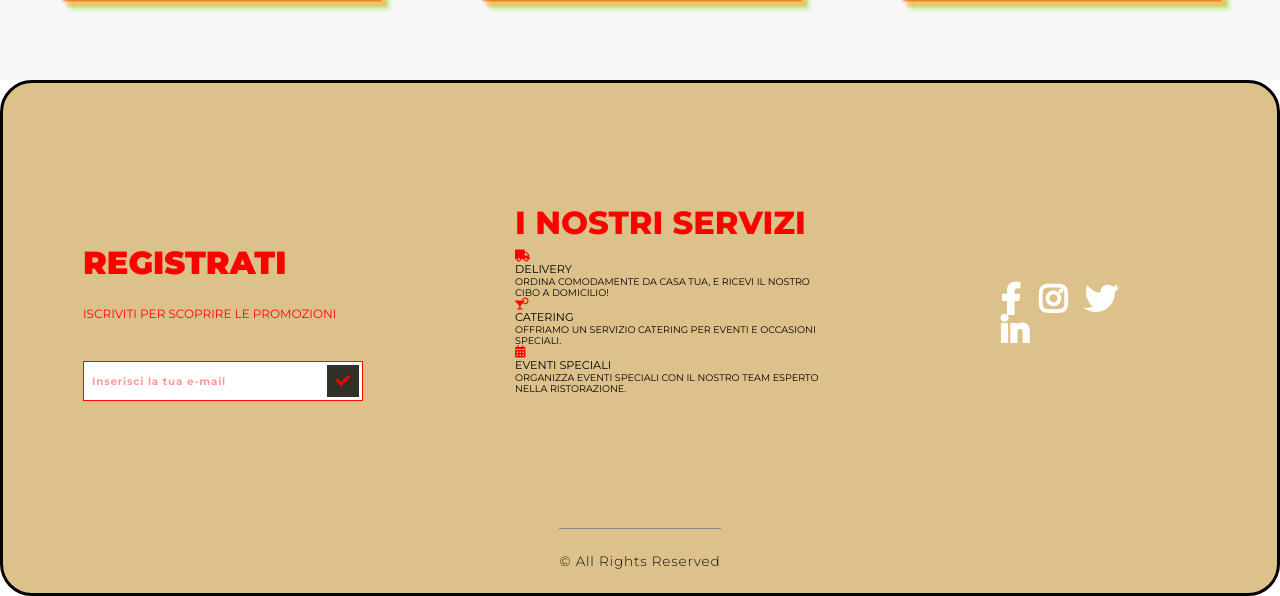
Repository: Probyte5D/ResponsiveFoodWebsite
Page: index.html
An editor plug-in stored every save of this project. The page is shown before and after a run of saves, followed by the edit.
The browser window is 1280 px wide. The pictures show the part of the page from y = 2305 to 2901 px (the page is 2901 px tall).
Backgrounds fixed to the window are drawn as part of the page. Some web fonts or font styles are not loaded; a fallback is used.

Above is the page before, as saved 2025-04-06 19:55:02.

### index.html
<!DOCTYPE html>
<html lang="en">
<head>
  <meta charset="UTF-8">
  <meta name="viewport" content="width=device-width, initial-scale=1.0">
  <title>Food Website</title>
  <link rel="stylesheet" href="style.css">
  <link rel="stylesheet" href="https://cdnjs.cloudflare.com/ajax/libs/font-awesome/5.15.4/css/all.min.css">
</head>
<body>

  <div class="navbar">

    <a href="#" class="navbar-link">
      <i class="fas fa-home"></i>
      <span>Home</span>
    </a>
    <a href="#" class="navbar-link">
      <i class="fas fa-info-circle"></i>
      <span>Chi Siamo</span>
    </a>
    <a href="#" class="navbar-link">
      <i class="fas fa-cogs"></i>
      <span>Servizi</span>
    </a>
    <a href="#" class="navbar-link">
      <i class="fas fa-envelope"></i>
      <span>Contatti</span>
    </a>
  </div>

  <div class="container">
    <!--section 1-->
    <div class="section-1">
      <h1 class="section-heading">
        Food Lab 5D
      </h1>
      <div class="section-1-Icons">
        <i class="fas fa-cheese change"></i>
        <i class="fas fa-egg"></i>
        <i class="fas fa-pizza-slice"></i>
        <i class="fas fa-fish"></i>
        <i class="fas fa-bacon"></i>
        <i class="fas fa-drumstick-bite"></i>
        <i class="fas fa-apple-alt"></i>
        <i class="fas fa-hamburger"></i>
        <i class="fas fa-ice-cream"></i>


      </div>
    </div>
    <!--end of section1-->
  </div>

<!--section 2-->
<div class="section-2">
  <h1 class="section-heading">Must Have</h1>
  <div class="cards-container">
    <!-- Card 1: Pizza -->
    <div class="card">
      <img src="Images/card-img-1.png" class="card-img" alt="Pizza ad alta lievitazione">
      <h3 class="card-name">Pizza ad alta lievitazione</h3>
      <p class="card-description">Pizza soffice e fragrante, con lievitazione naturale.</p>
      <span class="card-price">€12.00</span>
      <button class="card-btn">Prenota</button>
    </div>
    <!-- Card 2: Carne -->
    <div class="card">
      <img src="Images/card-img-2.png" class="card-img" alt="Carne di prima qualità">
      <h3 class="card-name">Carne di prima qualità</h3>
      <p class="card-description">Carne selezionata, cucinata alla perfezione.</p>
      <span class="card-price">€20.00</span>
      <button class="card-btn">Prenota</button>
    </div>
    <!-- Card 3: Dessert -->
    <div class="card">
      <img src="Images/card-img-3.png" class="card-img" alt="Dessert">
      <h3 class="card-name">Dessert</h3>
      <p class="card-description">Dolci freschi preparati con ingredienti di alta qualità.</p>
      <span class="card-price">€6.00</span>
      <button class="card-btn">Prenota</button>
    </div>
  </div>
</div>
<!--end of section 2-->


<!--sect 3-->
<div class="section-3">
  <h1 class="section-heading">Gallery</h1>
  <div class="gallery">
    <a href="#" class="gallery-link" title="Order Now">
      <img src="Images/gallery-img-1.jpg" class="food-img">
      <h3 class="food-name">Pasta</h3>
      <p class="food-description">Tagliatelle fresche condite con un sugo di carne bianco, simile alla genovese, ricco e profumato, ideale per chi ama i sapori tradizionali.</p>
    </a>
    <a href="#" class="gallery-link" title="Order Now">
      <img src="Images/gallery-img-2.jpg" class="food-img">
      <h3 class="food-name">Pesce</h3>
      <p class="food-description">Filetto di salmone servito con salsa bianca cremosa, accompagnato da broccoli al vapore per un equilibrio perfetto tra gusto e leggerezza.</p>
    </a>
    <a href="#" class="gallery-link" title="Order Now">
      <img src="Images/gallery-img-3.jpg" class="food-img">
      <h3 class="food-name">Aperitivi</h3>
      <p class="food-description">Un fresco spritz al limone servito con olive, taralli e sfiziosi stuzzichini per un perfetto inizio serata in stile italiano.</p>
    </a>
    <a href="#" class="gallery-link" title="Order Now">
      <img src="Images/gallery-img-4.jpg" class="food-img">
      <h3 class="food-name">Pizza</h3>
      <p class="food-description">Pizza cotta nel forno a legna con mozzarella di bufala, basilico fresco e pomodoro, una classica margherita fatta a regola d’arte.</p>
    </a>
    <a href="#" class="gallery-link" title="Order Now">
      <img src="Images/gallery-img-5.jpg" class="food-img">
      <h3 class="food-name">Colazione</h3>
      <p class="food-description">Colazione completa con pancake, frutta fresca, uova strapazzate, waffle dorati e un cappuccino cremoso per iniziare al meglio la giornata.</p>
    </a>
    <a href="#" class="gallery-link" title="Order Now">
      <img src="Images/gallery-img-6.jpg" class="food-img">
      <h3 class="food-name">Carne</h3>
      <p class="food-description">Tagliata di manzo servita con patate novelle al forno, un piatto rustico e saporito che esalta la qualità della carne.</p>
    </a>
  </div>
</div>


     <!--end ofsection3-->



<!-- sect 4 -->


<div class="section-4">
  <div class="section-4-text">
    <h2 class="section-4-heading">Registrati</h2>
    <p class="section-4-paragraph">Iscriviti per scoprire le promozioni</p>
    <form action="" class="signup-form">
      <input type="email" class="signup-form-input" placeholder="Inserisci la tua e-mail">
      <button type="submit" class="signup-form-btn">
        <i class="fas fa-check"></i>
      </button>
    </form>
  </div>


  <!-- Sezione Servizi -->
  <div class="services">
    <h1 class="section-4-services">I nostri servizi</h1>
    <div class="services-container">
      <div class="service">
        <i class="fas fa-truck"></i>
        <h3>Delivery</h3>
        <p>Ordina comodamente da casa tua, e ricevi il nostro cibo a domicilio!</p>
      </div>
      <div class="service">
        <i class="fas fa-cocktail"></i>
        <h3>Catering</h3>
        <p>Offriamo un servizio catering per eventi e occasioni speciali.</p>
      </div>
      <div class="service">
        <i class="fas fa-calendar-alt"></i>
        <h3>Eventi Speciali</h3>
        <p>Organizza eventi speciali con il nostro team esperto nella ristorazione.</p>
      </div>
    </div>
  </div>

  <p class="copyright">&copy; All Rights Reserved</p>

  <div class="footer-socials">
    <a href="#" class="social-icon"><i class="fab fa-facebook-f"></i></a>
    <a href="#" class="social-icon"><i class="fab fa-instagram"></i></a>
    <a href="#" class="social-icon"><i class="fab fa-twitter"></i></a>
    <a href="#" class="social-icon"><i class="fab fa-linkedin-in"></i></a>
  </div>


</div>


<!-- end of sect 4 -->

<script src="script.js"></script>
</body>
</html>

### style.css
@import url('https://fonts.googleapis.com/css2?family=Comfortaa:wght@300..700&family=Montserrat:ital,wght@0,100..900;1,100..900&family=Roboto+Serif:ital,opsz,wght@0,8..144,100..900;1,8..144,100..900&display=swap');

@import url('https://fonts.googleapis.com/css2?family=Montserrat:ital,wght@0,100..900;1,100..900&display=swap');

/*common styles*/
*{
  margin: 0;
  padding: 0;
  box-sizing: border-box;
  text-decoration: none;
  outline: none;
  font-family: "Montserrat", "Comfortaa";
  font-weight: 400;
}

html{
  font-size: 62.5%;
}
/*end of common styles*/

/*section1*/

.section-1{

  width:100%;
  height: 100vh;
  background-color: #333;
  display: flex;
  flex-direction: column;
  align-items: center;
  justify-content: space-evenly;
  background-image:
  linear-gradient(rgba(0, 0, 0, 0.5), rgba(0, 0, 0, 0.575)), /* Fading effect */
  url('Images/restaurant-background-2.jpg'); /* L'immagine di sfondo */
background-size: cover; /* L'immagine coprirà tutta la sezione */
background-position: center; /* Centra l'immagine */
background-attachment: fixed; /* Fissa lo sfondo mentre si scorre */
  height: 100vh;  /* Imposta l'altezza della sezione per coprire tutta la finestra */
  color: white;  /* Colore del testo per garantire il contrasto con l'immagine */
  padding: 2rem;  /* Padding per evitare che il contenuto tocchi il bordo */
  border: 10px solid white;  /* Aggiungi il bordo bianco */
  box-sizing: border-box;  /* Include il bordo nel calcolo della larghezza/altezza */
  border-radius: 10px;  /* Opzionale: aggiungi angoli arrotondati */

}

.section-heading{
  font-size: 12rem;
  font-weight: 900;
  color: white;
  text-align: center;
  text-transform: capitalize;
  letter-spacing: 0.5rem;
  text-shadow: 0.3rem 0.3rem 0.3rem #000;
}

.section-1-Icons i
{
  font-size: 35rem;
  color:#9e6f09c5;
  position: absolute;
  transform: translate(-50%, -50%) scale(0); /*nascosta*/
  text-shadow: 0.2rem 0.2rem 0.2rem #000;
  transition: transform 0.3s;
}

.section-1-Icons i.change
{
  transform: translate(-50%, -50%) scale(1);/*visibile*/
  transition: transform 0.3s 0.3s;
}
/*end of sect1*/


/*sect2*/

.section-2 {
  width: 100%;
  height: 100vw;
  background-color: #222;
  background-image:
  linear-gradient(rgba(0, 0, 0, 0.5), rgba(0, 0, 0, 0.575)), /* Fading effect */
  url('Images/restaurant-background.jpg'); /* L'immagine di sfondo */
background-size: cover; /* L'immagine coprirà tutta la sezione */
background-position: center; /* Centra l'immagine */
background-attachment: fixed; /* Fissa lo sfondo mentre si scorre */
  display: flex;
  flex-direction: column;
  justify-content: space-between;
  padding: 10rem 0;
}

.cards-container{
  display: flex;
  justify-content: space-evenly;
}

.card{
  position: relative;
  width: 30rem;
  background-color:rgba(255, 223, 0, 0.7); /* Dorato più soft */
  padding: 4rem;
  display: flex;
  flex-direction: column;
  justify-content: space-between;
  align-items: center;
  box-shadow: 1rem 1rem 1rem #000;
  transform: rotateY(20deg) skewX(-2deg);
  transition: transform 0.5s, box-shadow 0.5s;
}

.card:hover{

  transform: rotateY(20deg) skewX(-2deg) translateY(-3rem);
  box-shadow: 2rem 2rem 2rem #000;
  background-color: rgba(255, 215, 0, 0.85); /* Dorato più pieno durante l'hover */
}

.card::before {
  content: "";
  height: 100%;
  width: 1rem;
  background-color: rgb(139, 139, 98);
  position: absolute;
  top: 0;
  left: -1rem;
  transform: skewY(45deg);
  transform-origin: right;
  box-shadow: -.1rem -.1rem -.1rem #000;
}

.card::after {
  content: "";
  height: 1rem;
  width: 100%;
  background-color: rgba(255, 223, 0, 0.7); /* Dorato più soft */
  position: absolute;
  top: -1rem;
  left: 0;
  transform: skewX(45deg);
  transform-origin: bottom;
  box-shadow: -.1rem -.1rem -.1rem #000;



}

.card-img {
  width: 100%;               /* L'immagine occuperà tutta la larghezza disponibile */
  height: 200px;             /* Impostiamo un'altezza fissa per tutte le immagini */
  object-fit: contain;       /* L'immagine verrà ridimensionata senza distorsioni */
  object-position: center;   /* Centra l'immagine nel contenitore */
}
/*end of sect2*/

.card-name{
  font-size: 3rem;
  font-weight: bolder;
  text-transform: uppercase;
  letter-spacing: 0.5rem;
  color: #111; /* Colore del testo scuro per contrasto */
  margin:2rem 0;
  text-shadow: 0.15rem 0.154rem 0.15rem #000;
  font-display: center;

}

.card-btn{
width:70%;
background-color: #000;
color: antiquewhite;
border-radius: 5rem;
font-size: 1.5rem;
font-weight: 800;
letter-spacing: 0.2rem;
text-transform: capitalize;
border: none;
padding: 0.5rem 0;
cursor: pointer;
box-shadow: -.2rem -.2rem  -.2rem #000 ;
}


.card-description{
  font-size: 2rem;
  color: #313127;
  font-weight: bolder;
  margin:2rem 2rem;
  letter-spacing: 0.2rem;
  padding-top: 0.5rem;
  text-shadow: 0.15rem 0.154rem 0.15rem #999986;
  margin-top: 0.5rem ;
  padding-bottom: 0.5rem;
}
.card-price{
  font-size: 2rem;
  color: #070706;
  position: bottom;
  margin-bottom: 0.5rem;
  padding-bottom: 0.2rem;
}


/*sect3*/
.section-3{

  background-color: #f7f7f7;
  padding: 5rem 0;

}

.gallery{
  display: flex;
  flex-wrap: wrap;
  align-items: center;
  justify-content: space-evenly;
  margin-top: 10rem;

}
.food-img {
  width: 24vw;
  height: 15vw;
  object-fit: cover;
  box-shadow:
    0.3rem 0.3rem 0.2rem rgba(255, 0, 0, 0.4),    /* Rosso morbido */
    0.6rem 0.6rem 0.3rem rgba(255, 204, 0, 0.3),  /* Giallo tenue */
    0.9rem 0.9rem 0.3rem rgba(255, 94, 8, 0.3),   /* Arancione tenue */
    1.2rem 1.2rem 0.4rem rgba(102, 243, 8, 0.3);  /* Verde chiaro */
  transition: all 0.5s;
}

/*end sect3*/

.gallery-link {
  margin: 4rem 1rem;
  position: relative;
}

.gallery-link::before {
  content: "";
  position: absolute;
  width: 0.2rem;
  height: 0;
  background-color: white;
  top: 2vw;
  left: 80%;
  transition: height 0.5s;
  z-index: 10;
}

.gallery-link::after {
  content: "";
  position: absolute;
  width: 0;
  height: 0.2rem;
  background-color: white;
  top: 30%;
  left: 2rem;
  transition: width 0.5s;
}

.gallery-link:hover::before {
  height: 80%;
}

.gallery-link:hover::after {
  width: 90%;
}

.food-name {
  position: absolute;
  top: 3rem;
  left: 3rem;
  font-size: 2rem;
  margin-top: 1rem;
  text-transform: uppercase;
  font-weight: 700;
  color: white;
  width: 0;
  overflow: hidden;
  transition: width 0.3s;
}

.food-description {
  position: absolute;
  bottom: 3vw;
  left: 2rem;
  margin-top: 0.5rem;
  font-size: 1rem;
  line-height: 1.4;
  width: 70%;
  font-weight: 700;
  text-transform: uppercase;
  color: white;
  visibility: hidden;
  opacity: 0;
  transition: opacity 0.3s;
}

.gallery-link:hover .food-name {
  width: 100%;
  transition: width 1.5s 0.5s;
}

.gallery-link:hover .food-description {
  opacity: 1;
  visibility: visible;
  transition: opacity 1s 1s;
}

.gallery-link:hover .food-img {
  box-shadow:
    1rem 1rem 0.2rem rgba(255, 0, 0, 0.5),    /* Rosso più sfumato */
    2rem 2rem 0.3rem rgba(255, 204, 0, 0.4),  /* Giallo più chiaro */
    3rem 3rem 0.4rem rgba(255, 94, 8, 0.4),   /* Arancione sfumato */
    4rem 4rem 0.5rem rgba(102, 243, 8, 0.4);  /* Verde più tenue */
  filter: blur(0.5rem);
  transform: scale(1.1);
}




/*sect4*/

.section-4{
  width: 100%;
  height: 55vh;
  background-color: #b47b0075;
  display: flex;
  justify-content: space-around;
  align-items: flex-start;
  padding: 3rem 0;
  position: relative;
  border: solid #000;
  border-radius: 4rem;


}

.copyright{
  position: absolute;
  bottom: 3rem;
  font-size: 1.7rem;
  font-weight: 200;
  color: #0e0d0d;
  font-weight: 300;
  letter-spacing: 0.1rem;
  border-top: solid #888 0.1rem;
  padding-top: 3rem;

}

.section-4-text{
  text-transform: uppercase;
}

.section-4-heading{
  font-size: 4rem;
  font-weight: 900;
  color: red;
  flex-direction: column;
  padding-bottom: 3rem;
  justify-content: center;  /* Centra gli elementi verticalmente */
  align-items: center;  /* Centra gli elementi orizzontalmente */
}


.section-4-services{
  font-size: 4rem;
  font-weight: 800;
  text-transform: uppercase;
  color: red;
  padding-bottom: 1rem;
}

.footer-socials i{

  font-size: 4rem;
  font-weight: 800;
  color: white;
justify-content: space-around;
padding-left: 2rem;
}

.footer-socials i:hover{

  color: red;
  transition: 0.5s;
}
.section-4-paragraph{
  font-size: 1.5rem;
  color: red;
}
.signup-form{
  display: flex;
  align-items: center;



}

.signup-form-input{
  width: 35rem;
  height: 5rem;
  padding: 1rem;
  border: 0.2rem solid rgb(255, 8, 0);
  font-size: 1.6rem;
  font-weight: 700;
  letter-spacing: 0.1rem;
  color: red;
  flex-direction: column;
  margin-top: 5rem;

}

.signup-form-input::placeholder{
  color:rgba(255, 0, 0, 0.4);
  font-size: 1.3rem;
}

.signup-form-btn{
  position: relative;
  left: -4.5rem;
  width: 4rem;
  height: 4rem;
  background-color: #313127;
  color: red;
  border: none;
  cursor: pointer;
  font-size: 1.8rem;
  margin-top: 5rem;
}

.service{
  font-size: 1.2rem;
  text-transform: uppercase;
  text-shadow: #000;
}

.service i{
  font-size: 1.5rem;
  color: red;
}
/*end of sect4*/


/*nav*/

/* NAVBAR HIDDEN STATE (inizialmente nascosta) */
.navbar {
  position: fixed;

  left: 0;
  width: 100%;
  height: 14rem;
  background-color: rgba(44, 42, 42, 0.9);
  backdrop-filter: blur(8px);
  z-index: 9999;  /* più alto di tutto */
  display: flex;
  align-items: center;
  justify-content: center;

    transition: top 0.3s ease;
    top: 0;

    opacity: 1;
    pointer-events: all;
    transition: top 0.2s ease-in-out, opacity 0.2s ease-in-out;
  box-shadow: 0.2rem 0.2rem 0.2rem #000;
  transition: top 0.5s ease-in-out;
}



.navbar.hidden {
  top: -120px;
  opacity: 0;
  pointer-events: none;
          /* Nasconde tutto completamente */
  transform: translateY(-100%); /* La navbar esce completamente verso l'alto */
  opacity: 0;                   /* La navbar diventa completamente invisibile */
  visibility: hidden;           /* Nasconde la navbar completamente */
  pointer-events: none;
}

/* NAVBAR VISIBLE STATE */
.navbar.active {
  top: 0;
}

.navbar .nav-content {
  transition: opacity 0.3s ease;
  opacity: 1;
}

.nav-content {
  opacity: 0;
}
/* NAV LINKS */
.navbar-link {
  color: #999986;
  margin: 1rem;
  font-weight: 900;
  font-size: 4rem;
  letter-spacing: 0.5rem;
  text-transform: uppercase;
  text-align: center;
  transition: color 0.3s;
}

.navbar-link:hover {
  color: #ffcc00;
}

/* OPTIONAL - SPAN PICCOLO SOTTO OGNI LINK */
.navbar-link span {
  display: block;
  font-size: 1.2rem;
  font-weight: 700;
  letter-spacing: 0.3rem;
  margin-top: 0.5rem;
  color: #ccc;
}




/*end of nav*/


@media (max-width:1400px) {
  html{
    font-size: 50%;
  }

  .section-2{
    height: auto;
    padding: 10rem 0 12rem 0;
  }
  .cards{
    margin-top: 10rem;
  }

  .gallery-link{
    width: 40rem;
    height: 25rem;
    margin: 5rem;
  }

  .food-img{
    width: 100%;
    height: 100%;
  }

  .section-4{
    height: auto;
    padding: 10rem 0 12rem 0;
  }
  .services{
    width: 40rem;
    height: 25rem;
    margin: 5rem;
  }
  .section-4-text{
    height: auto;
    padding: 10rem 10rem 12rem 10rem;
  }

  .footer-socials{
    height: auto;
    padding: 10rem 10rem 12rem 10rem;
    margin: 5rem;
  }
}

### script.js
const icons = document.querySelectorAll('.section-1-Icons i'); // Seleziona tutte le icone

let i = 1; // Variabile per tracciare l'indice dell'icona corrente

setInterval(() => {
  const icon = document.querySelector('.section-1-Icons i.change'); // Seleziona l'icona con la classe 'change'

  // Se l'icona esiste
  if (icon) {
    icon.classList.remove('change'); // Rimuove la classe 'change' dall'icona corrente

    // Se siamo oltre l'ultima icona, ripristina alla prima
    if (i >= icons.length) {
      icons[0].classList.add('change'); // Aggiunge la classe 'change' alla prima icona
      i = 1; // Resetta l'indice a 1
    } else {
      icon.nextElementSibling.classList.add('change'); // Passa alla prossima icona
      i++; // Incrementa l'indice
    }
  }
}, 4000);




  let lastScroll = 0;
  const navbar = document.querySelector('.navbar');

  window.addEventListener('scroll', () => {
    const currentScroll = window.scrollY;

    if (currentScroll > lastScroll) {
      // Scroll verso il basso → nascondi
      navbar.style.top = "-100px";
    } else {
      // Scroll verso l'alto → mostra
      navbar.style.top = "0";
    }

    lastScroll = currentScroll;
  });

After the next 2 saves:
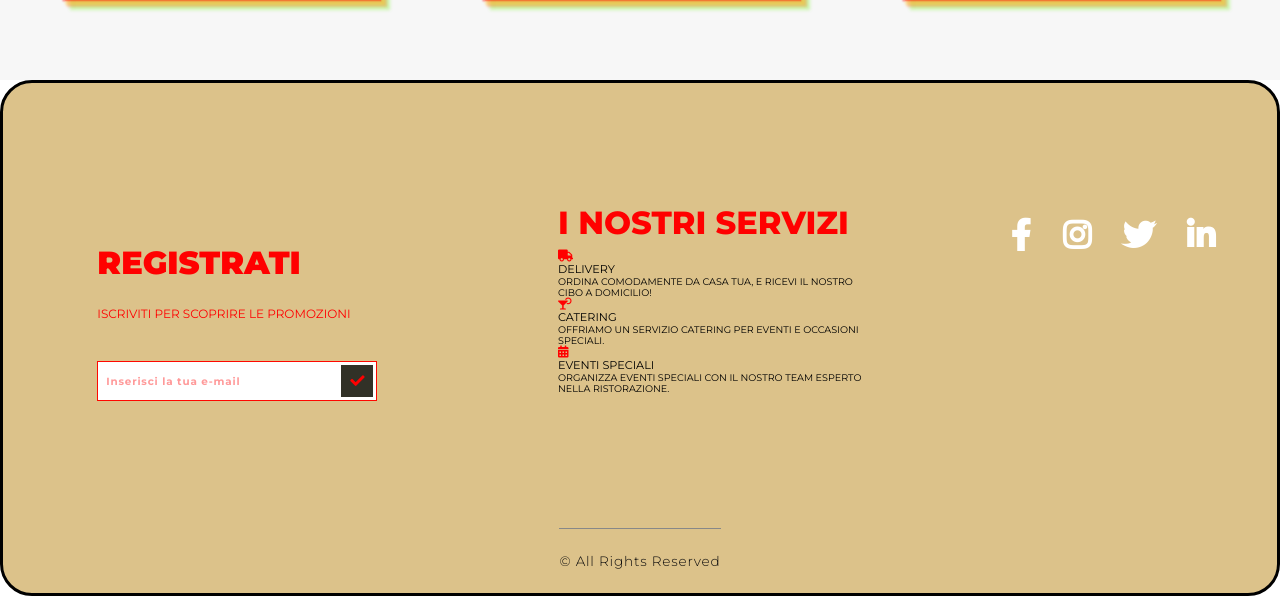
The 2 saves are shown as one change because they came seconds apart.
The last was saved 98 s later.
--- a/style.css
+++ b/style.css
@@ -567,9 +567,25 @@ padding-left: 2rem;
     padding: 10rem 10rem 12rem 10rem;
   }
 
-  .footer-socials{
-    height: auto;
-    padding: 10rem 10rem 12rem 10rem;
+
+  /* Footer Social Icons - Rimuovere l'altezza fissa e migliorare la disposizione */
+  .footer-socials {
+    display: flex;               /* Utilizzare flexbox per disporre le icone */
+    justify-content: center;     /* Centrare le icone */
+    align-items: center;         /* Allineare verticalmente */
+    padding: 2rem 0;             /* Aggiungere un po' di padding per separare dalle altre sezioni */
     margin: 5rem;
   }
-}
+
+  .footer-socials .social-icon {
+    margin: 0 1rem;             /* Distanza tra le icone */
+    font-size: 2.5rem;           /* Impostare una dimensione adeguata per le icone */
+    color: #333;                 /* Colore delle icone */
+    transition: color 0.3s ease; /* Aggiungere transizione per un effetto hover */
+  }
+
+  .footer-socials .social-icon:hover {
+    color: #1d72b8;             /* Colore delle icone quando vengono passate sopra con il mouse */
+  }
+
+}
